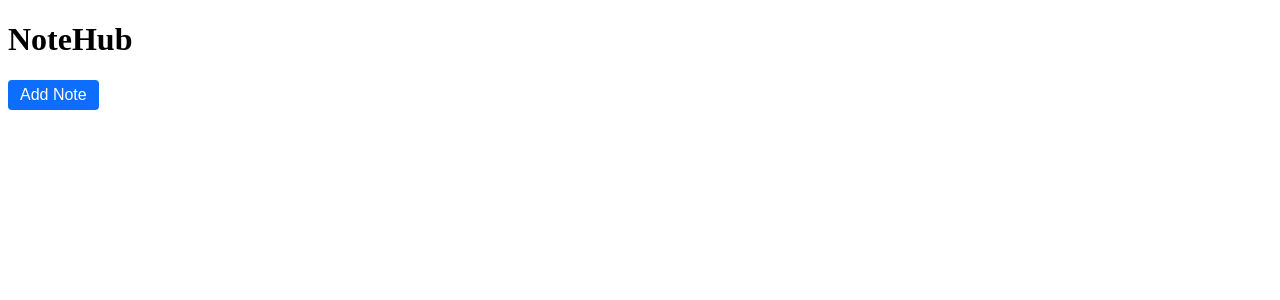
Repository: SvitSh/05-notehub
Page: /
These files come from the project's save history. The page is drawn as it stood at one moment and after the next save; the edit follows.
The browser window is 1280 px wide. The pictures show the whole page.
The project was rebuilt for these pictures with package versions that can differ from the ones it lists, and the page was loaded fresh each time. Also part of the build but not shown: vite.config.ts, src/components/Modal/Modal.module.css, src/components/Modal/Modal.tsx, src/components/NoteForm/NoteForm.module.css, src/components/NoteForm/NoteForm.tsx.

Above is the page before, as saved 2025-07-27 10:36:32.

### index.html
<!DOCTYPE html>
<html lang="en">
  <head>
    <meta charset="UTF-8" />
    <title>NoteHub</title>
    <meta name="viewport" content="width=device-width, initial-scale=1.0" />
  </head>
  <body>
    <div id="root"></div>
    <script type="module" src="/src/main.tsx"></script>
  </body>
</html>

### src/main.tsx
import React from "react";
import ReactDOM from "react-dom/client";
import App from "./components/App/App";
import { QueryClient, QueryClientProvider } from "@tanstack/react-query";

const queryClient = new QueryClient();

ReactDOM.createRoot(document.getElementById("root")!).render(
  <React.StrictMode>
    <QueryClientProvider client={queryClient}>
      <App />
    </QueryClientProvider>
  </React.StrictMode>
);

ReactDOM.createRoot(document.getElementById("root")!).render(
  <React.StrictMode>
    <QueryClientProvider client={queryClient}>
      <App />
    </QueryClientProvider>
  </React.StrictMode>
);

### src/components/App/App.tsx
import { useState } from "react";
import styles from "./App.module.css";
import Modal from "../Modal/Modal";
import NoteForm from "../NoteForm/NoteForm";
import { Note } from "../../types/note";

const App = () => {
  const [isModalOpen, setIsModalOpen] = useState(false);

  const handleAddNote = () => {
    setIsModalOpen(true);
  };

  const handleCloseModal = () => {
    setIsModalOpen(false);
  };

  const handleSubmitNote = (note: Note) => {
    console.log("Submitted note:", note);
    setIsModalOpen(false);
  };

  return (
    <div className={styles.container}>
      <h1 className={styles.heading}>NoteHub</h1>
      <button className={styles.button} onClick={handleAddNote}>
        Add Note
      </button>
      {isModalOpen && (
        <Modal onClose={handleCloseModal}>
          <NoteForm onClose={handleCloseModal} onSubmit={handleSubmitNote} />
        </Modal>
      )}
    </div>
  );
};

export default App;

### src/index.css
body {
  font-family: sans-serif;
  margin: 0;
  padding: 2rem;
  background: #f8f9fa;
}

main {
  max-width: 800px;
  margin: auto;
}

ul {
  list-style: none;
  padding: 0;
}

li {
  background: white;
  padding: 1rem;
  margin-bottom: 0.5rem;
  border-radius: 4px;
}

Loaded but not shown: src/components/App/App.module.css (common file)

After the next save:
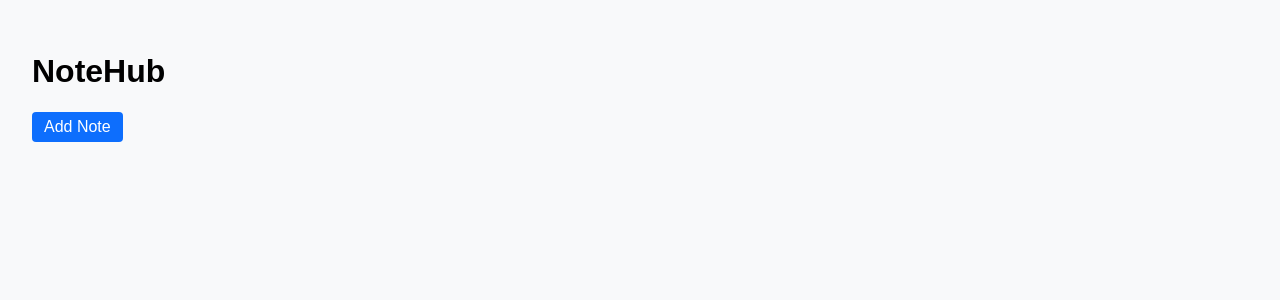
Saved 41 s later.
--- a/src/main.tsx
+++ b/src/main.tsx
@@ -2,21 +2,16 @@ import React from "react";
 import ReactDOM from "react-dom/client";
 import App from "./components/App/App";
 import { QueryClient, QueryClientProvider } from "@tanstack/react-query";
+import "./index.css";
 
 const queryClient = new QueryClient();
 
-ReactDOM.createRoot(document.getElementById("root")!).render(
+const root = ReactDOM.createRoot(document.getElementById("root")!);
+
+root.render(
   <React.StrictMode>
     <QueryClientProvider client={queryClient}>
       <App />
     </QueryClientProvider>
   </React.StrictMode>
 );
-
-ReactDOM.createRoot(document.getElementById("root")!).render(
-  <React.StrictMode>
-    <QueryClientProvider client={queryClient}>
-      <App />
-    </QueryClientProvider>
-  </React.StrictMode>
-);
